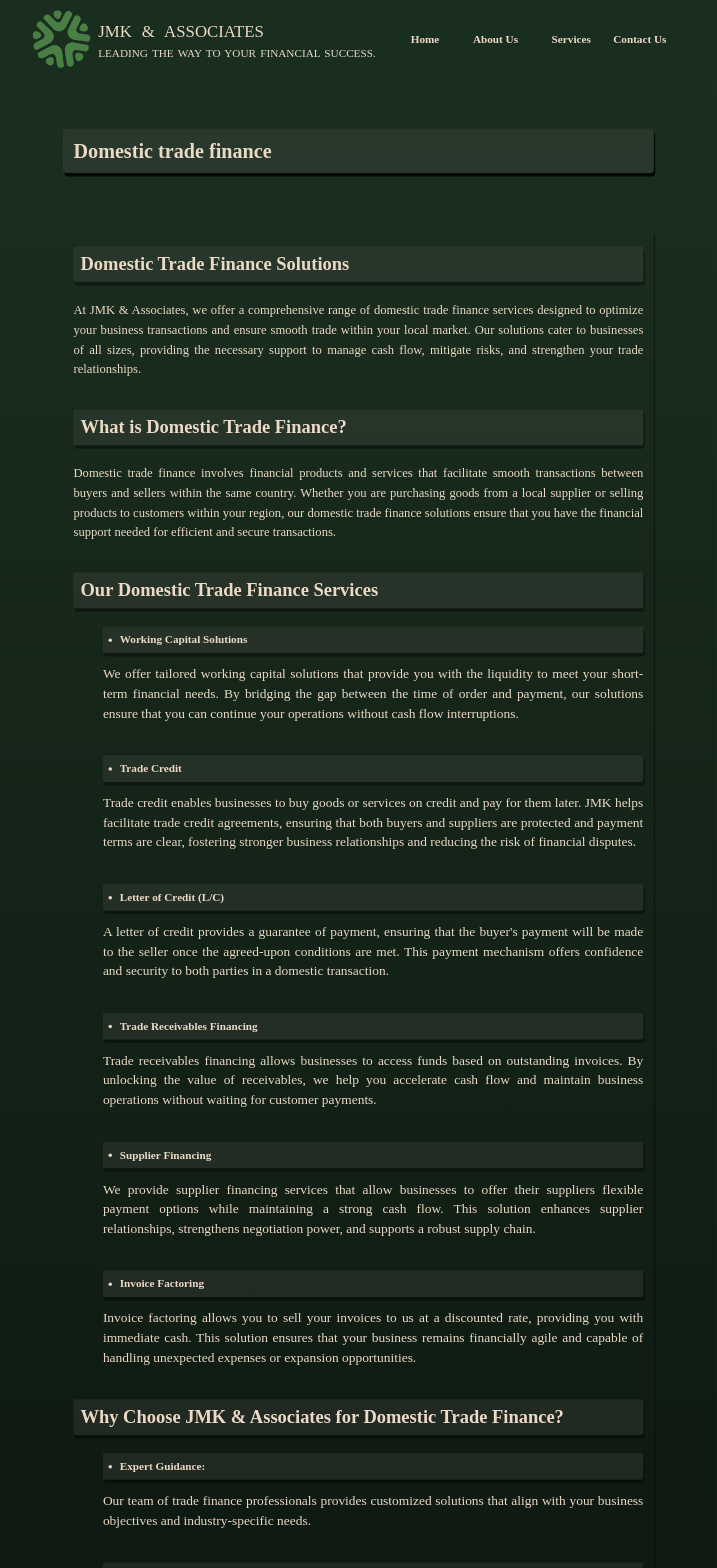
Repository: gama113/jmk
Page: movie/jmk.online/domestic_trade_finance.html
These files come from the project's save history. The page is drawn as it stood at one moment and after the next save; the edit follows.
The browser window is 1024 px wide. The pictures show the part of the page from y = 0 to 2240 px (the page is 3702 px tall), at 70% of full size.

Above is the page before, as saved 2025-03-22 15:43:57.

After the next save:
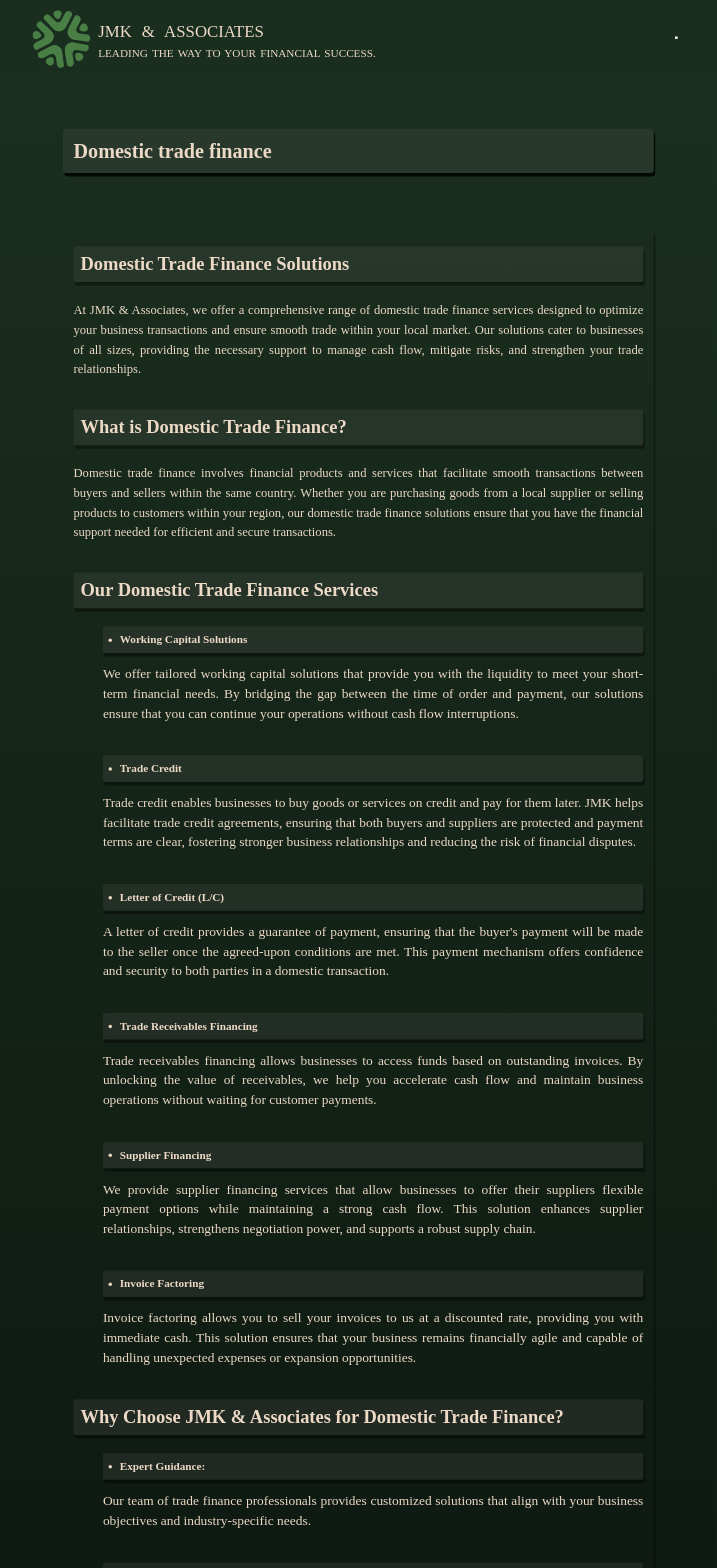
Saved 53 s later.
--- a/movie/jmk.online/service_queries.css
+++ b/movie/jmk.online/service_queries.css
@@ -127,7 +127,7 @@
 
 
   /* SIDE PANNEL */
-  /*
+
   .flex_box {
     margin-right: 0;
     display: none;
@@ -223,65 +223,6 @@
     margin-bottom: 20px;
     margin-top: 20px;
     min-width: none;
-  } */
-  /* Styles for the sidebar */
-  .openbtn {
-    font-size: 20px;
-    cursor: pointer;
-    display: none;
-  }
-
-
-
-  .sidebar_sidepanel {
-    height: 100vh;
-    /* Changed to 100vh */
-    width: 0;
-    position: fixed;
-    z-index: 1;
-    top: 0;
-    right: 0;
-    background-color: #192e1f;
-    overflow-x: hidden;
-    transition: 0.5s;
-    padding-top: 60px;
-    -webkit-box-shadow: inset 5px 0px 0px 0px rgb(255, 255, 255);
-    -moz-box-shadow: inset 5px 0px 0px 0px rgb(255, 255, 255);
-    box-shadow: inset 5px 0px 0px 0px rgb(255, 255, 255);
-  }
-
-  .sidebar_sidepanel a {
-    padding: 8px 8px 8px 32px;
-    text-decoration: none;
-    font-size: 18px;
-    /* color: #818181; */
-    display: block;
-    transition: 0.3s;
-  }
-
-  .sidebar_sidepanel a:hover {
-    color: #f1f1f1;
-  }
-
-  .sidebar_sidepanel .closebtn {
-    position: absolute;
-    /* top: 13px;
-  right: 50px; */
-    font-size: 36px;
-    margin-left: 50px;
-    box-shadow: none;
-    background-color: rgba(255, 255, 255, 0);
-    top: 32px;
-    right: 23px;
-    border: none;
-  }
-
-  .bar {
-    width: 20px;
-    height: 3px;
-    /* Changed height */
-    background-color: rgb(255, 255, 255);
-    margin-bottom: 4px;
   }
 
   .contact_us_ancor {
